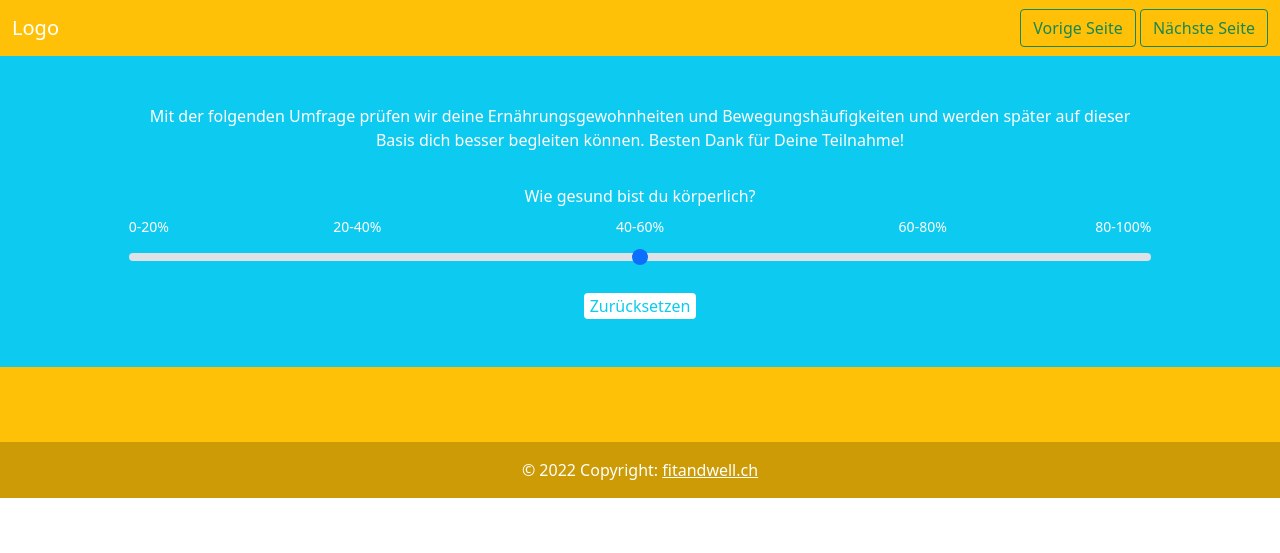
Repository: stephane71183101/Stephane-Personal-Health-Survey
Page: http://localhost/form-q01-start-page.php
The author's editor kept a copy of each file at every save. The page is drawn from the files as they stood at one save, then again after the next save.
The browser window is 1280 px wide. The pictures show the whole page.
The page is run by PHP 8.4 with error messages shown; the project is at /var/www/html/.

Above is the page before, as saved 2022-03-15 22:50:46.

After the next save:
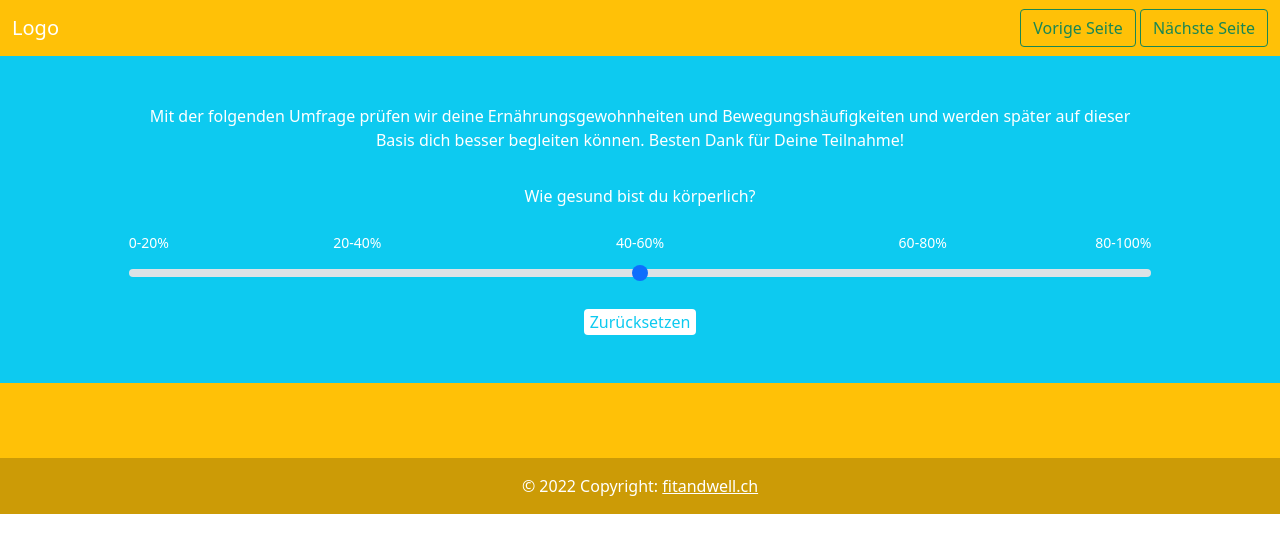
Saved 6 s later.
--- a/form-q01-start-page.php
+++ b/form-q01-start-page.php
@@ -33,7 +33,7 @@
     <div class="container-fluid pb-5 text-center text-white bg-info">
         <div  class="container col-10">
         <form>
-        <label for="customRange1" class="form-label mb-2">Wie gesund bist du körperlich?</label>
+        <label for="customRange1" class="form-label mb-4">Wie gesund bist du körperlich?</label>
         <div class="container-fluid px-0 mb-2 small">
         <div class="row g-0">
         <div class="col text-start">0-20%</div>
